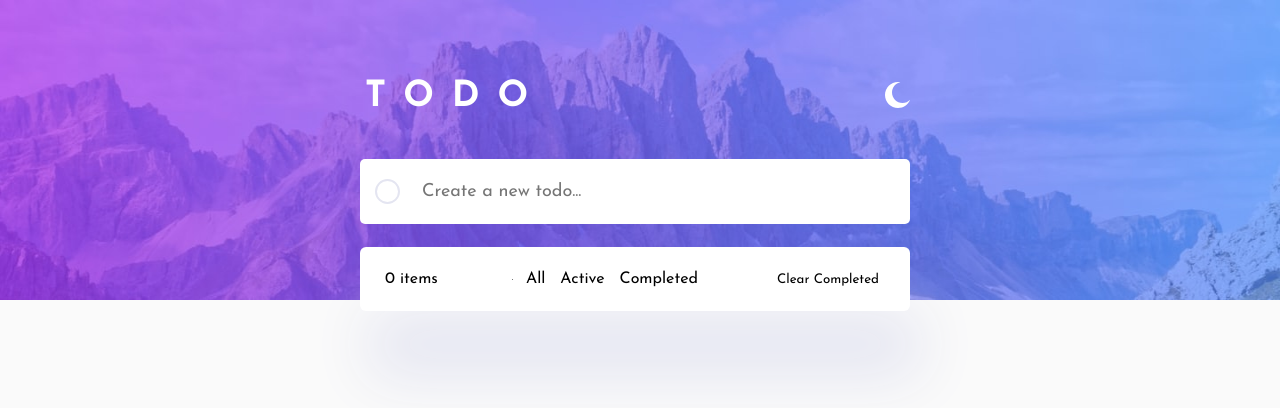
Repository: Haviles04/todoapp
Page: /
These files come from the project's save history. The page is drawn as it stood at one moment and after the next save; the edit follows.
The browser window is 1280 px wide. The pictures show the whole page.
The project was rebuilt for these pictures with package versions that can differ from the ones it lists, and the page was loaded fresh each time.

Above is the page before, as saved 2022-10-22 10:34:51.

After the next save:
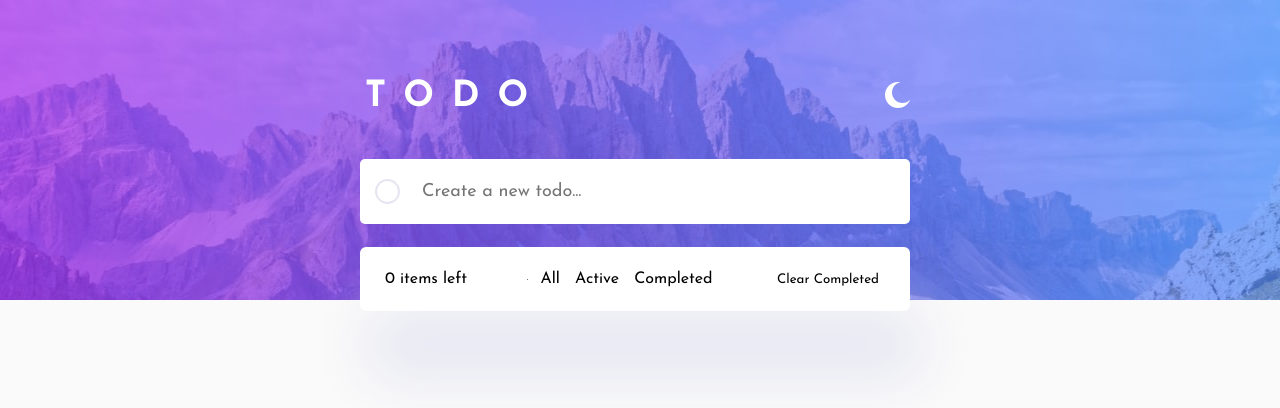
Saved 24 s later.
--- a/src/components/taskList/TaskList.jsx
+++ b/src/components/taskList/TaskList.jsx
@@ -21,9 +21,9 @@ function TaskList(props) {
     let countOverOne = props.todoList.filter( todo => !todo.complete).length
 
     if (countOverOne > 1 || countOverOne < 1) {
-      return `${countOverOne} items`;
+      return `${countOverOne} items left`;
     } else {
-      return `${countOverOne} item`;
+      return `${countOverOne} item left`;
     }
   }
 
